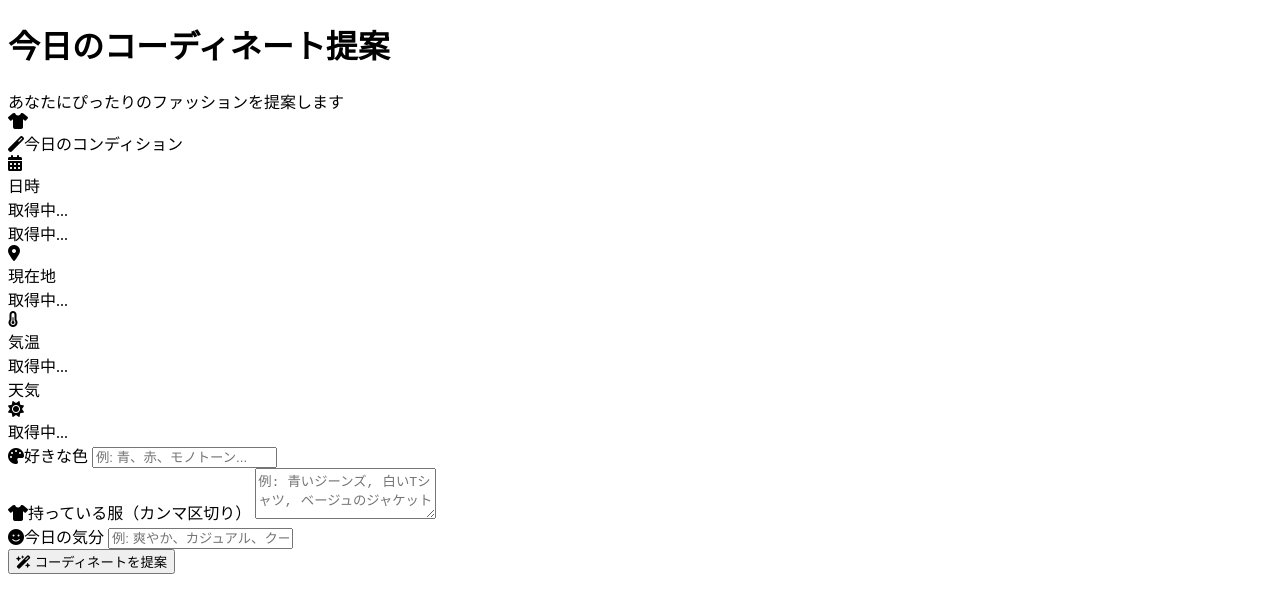
Repository: sgupge2332/cloth
Page: templates/input.html
An editor plug-in stored every save of this project. The page is shown before and after the next save, followed by the edit.
The browser window is 1280 px wide. The pictures show the whole page.

Above is the page before, as saved 2025-04-21 01:02:14.

### templates/input.html
<!DOCTYPE html>
<html lang="ja">
<head>
  <meta charset="UTF-8">
  <title>今日のコーディネート提案</title>
  <link href="https://fonts.googleapis.com/css2?family=Noto+Sans+JP:wght@400;500;700&display=swap" rel="stylesheet">
  <link rel="stylesheet" href="https://cdnjs.cloudflare.com/ajax/libs/font-awesome/6.5.0/css/all.min.css">
  <style>
    /* 必要なCSSスタイルは省略（既存のスタイルをそのまま使用） */
  </style>
  <script>
    async function fetchWeather() {
      if (navigator.geolocation) {
        navigator.geolocation.getCurrentPosition(async (position) => {
          const lat = position.coords.latitude;
          const lon = position.coords.longitude;

          try {
            const response = await fetch("/get_weather", {
              method: "POST",
              headers: {
                "Content-Type": "application/json"
              },
              body: JSON.stringify({ lat, lon })
            });

            if (!response.ok) {
              throw new Error("天気情報の取得に失敗しました。");
            }

            const data = await response.json();
            document.getElementById("location-display").textContent = `${data.state} ${data.city}`;
            document.getElementById("temperature-display").textContent = `${data.temp}℃`;
            document.getElementById("weather-display").textContent = data.weather;

            // hidden inputにも値を設定
            document.getElementById("location").value = `${data.state} ${data.city}`;
            document.getElementById("temperature").value = data.temp;
            document.getElementById("weather").value = data.weather;
          } catch (error) {
            console.error("エラー:", error);
            alert("天気情報の取得に失敗しました。");
          }
        }, (error) => {
          console.error("位置情報の取得に失敗しました:", error);
          alert("位置情報の取得に失敗しました。");
        });
      } else {
        alert("このブラウザでは位置情報がサポートされていません。");
      }
    }

    window.onload = fetchWeather;
  </script>
</head>
<body>
  <div class="container">
    <header>
      <h1>今日のコーディネート提案</h1>
      <div class="subtitle">あなたにぴったりのファッションを提案します</div>
      <div class="header-icon">
        <i class="fas fa-tshirt"></i>
      </div>
    </header>

    <form action="/suggest" method="post">
      <div class="auto-input-section">
        <div class="auto-input-title">
          <i class="fas fa-magic"></i>今日のコンディション
        </div>

        <div class="info-grid">
          <div class="auto-input-group">
            <div class="label-container">
              <i class="fas fa-calendar-alt icon"></i>
              <div class="label">日時</div>
            </div>
            <div class="value-container">
              <div class="value" id="date-display">取得中...</div>
              <div class="secondary-value" id="time-display">取得中...</div>
            </div>
          </div>

          <div class="auto-input-group">
            <div class="label-container">
              <i class="fas fa-map-marker-alt icon"></i>
              <div class="label">現在地</div>
            </div>
            <div class="value-container">
              <div class="value" id="location-display">取得中...</div>
            </div>
          </div>

          <div class="auto-input-group">
            <div class="label-container">
              <i class="fas fa-thermometer-half icon"></i>
              <div class="label">気温</div>
            </div>
            <div class="value-container">
              <div class="value" id="temperature-display">取得中...</div>
            </div>
          </div>

          <div class="auto-input-group weather-panel">
            <div class="label-container">
              <div class="label">天気</div>
            </div>
            <div class="value-container">
              <div class="weather-icon sunny" id="weather-icon">
                <i class="fas fa-sun"></i>
              </div>
              <div class="value" id="weather-display">取得中...</div>
            </div>
          </div>
        </div>

        <input type="hidden" id="datetime" name="datetime">
        <input type="hidden" id="location" name="location">
        <input type="hidden" id="temperature" name="temperature">
        <input type="hidden" id="weather" name="weather">
      </div>

      <div class="form-group">
        <label for="favorite_color"><i class="fas fa-palette icon"></i>好きな色</label>
        <input type="text" id="favorite_color" name="favorite_color" placeholder="例: 青、赤、モノトーン...">
      </div>

      <div class="form-group">
        <label for="owned_clothes"><i class="fas fa-shirt icon"></i>持っている服（カンマ区切り）</label>
        <textarea id="owned_clothes" name="owned_clothes" rows="3" placeholder="例: 青いジーンズ, 白いTシャツ, ベージュのジャケット"></textarea>
      </div>

      <div class="form-group">
        <label for="mood"><i class="fas fa-smile icon"></i>今日の気分</label>
        <input type="text" id="mood" name="mood" placeholder="例: 爽やか、カジュアル、クール...">
      </div>

      <button type="submit">
        <i class="fas fa-wand-magic-sparkles"></i>
        コーディネートを提案
      </button>
    </form>
  </div>
</body>
</html>

After the next save:
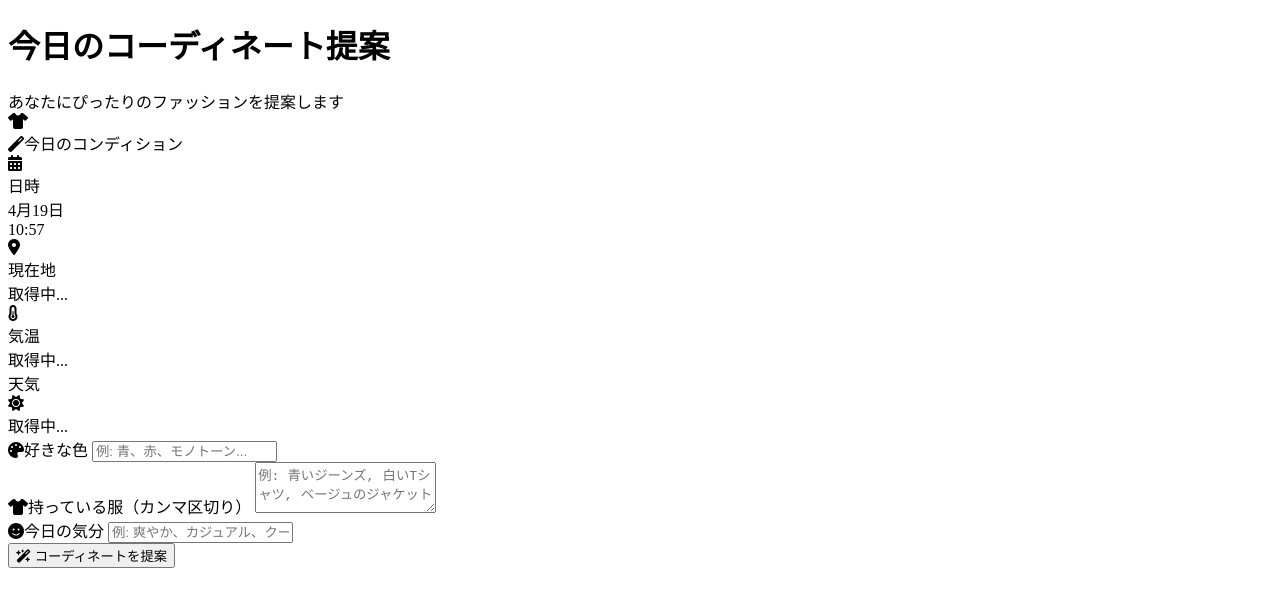
Saved 80 min 2 s later.
--- a/templates/input.html
+++ b/templates/input.html
@@ -6,52 +6,8 @@
   <link href="https://fonts.googleapis.com/css2?family=Noto+Sans+JP:wght@400;500;700&display=swap" rel="stylesheet">
   <link rel="stylesheet" href="https://cdnjs.cloudflare.com/ajax/libs/font-awesome/6.5.0/css/all.min.css">
   <style>
-    /* 必要なCSSスタイルは省略（既存のスタイルをそのまま使用） */
+    /* ---（CSSはcollabo copy.pyのままなので省略可能）--- */
   </style>
-  <script>
-    async function fetchWeather() {
-      if (navigator.geolocation) {
-        navigator.geolocation.getCurrentPosition(async (position) => {
-          const lat = position.coords.latitude;
-          const lon = position.coords.longitude;
-
-          try {
-            const response = await fetch("/get_weather", {
-              method: "POST",
-              headers: {
-                "Content-Type": "application/json"
-              },
-              body: JSON.stringify({ lat, lon })
-            });
-
-            if (!response.ok) {
-              throw new Error("天気情報の取得に失敗しました。");
-            }
-
-            const data = await response.json();
-            document.getElementById("location-display").textContent = `${data.state} ${data.city}`;
-            document.getElementById("temperature-display").textContent = `${data.temp}℃`;
-            document.getElementById("weather-display").textContent = data.weather;
-
-            // hidden inputにも値を設定
-            document.getElementById("location").value = `${data.state} ${data.city}`;
-            document.getElementById("temperature").value = data.temp;
-            document.getElementById("weather").value = data.weather;
-          } catch (error) {
-            console.error("エラー:", error);
-            alert("天気情報の取得に失敗しました。");
-          }
-        }, (error) => {
-          console.error("位置情報の取得に失敗しました:", error);
-          alert("位置情報の取得に失敗しました。");
-        });
-      } else {
-        alert("このブラウザでは位置情報がサポートされていません。");
-      }
-    }
-
-    window.onload = fetchWeather;
-  </script>
 </head>
 <body>
   <div class="container">
@@ -141,5 +97,82 @@
       </button>
     </form>
   </div>
+
+  <script>
+    window.addEventListener('DOMContentLoaded', () => {
+      // 日付と時間設定
+      const now = new Date();
+      const options = { month: 'long', day: 'numeric' };
+      const dateStr = now.toLocaleDateString('ja-JP', options);
+      const timeStr = now.toLocaleTimeString('ja-JP', { hour: '2-digit', minute: '2-digit' });
+
+      document.getElementById('date-display').textContent = dateStr;
+      document.getElementById('time-display').textContent = timeStr;
+
+      now.setMinutes(now.getMinutes() - now.getTimezoneOffset());
+      document.getElementById('datetime').value = now.toISOString().slice(0, 16);
+
+      // 天気・位置情報取得
+      if (navigator.geolocation) {
+        navigator.geolocation.getCurrentPosition(async (position) => {
+          const lat = position.coords.latitude;
+          const lng = position.coords.longitude;
+
+          try {
+            const res = await fetch("/location", {
+              method: "POST",
+              headers: { "Content-Type": "application/json" },
+              body: JSON.stringify({ lat, lng })
+            });
+
+            const data = await res.json();
+
+            if (!data.success) throw new Error("取得失敗");
+
+            document.getElementById("location-display").textContent = `${data.state} ${data.city}`;
+            document.getElementById("location").value = `${data.state} ${data.city}`;
+
+            document.getElementById("temperature-display").innerHTML = `${data.temp}<span class="unit">℃</span>`;
+            document.getElementById("temperature").value = data.temp;
+
+            const weatherMap = {
+              "晴": { label: "晴れ", icon: "fa-sun", class: "sunny" },
+              "曇": { label: "曇り", icon: "fa-cloud", class: "cloudy" },
+              "雨": { label: "雨", icon: "fa-cloud-rain", class: "rainy" },
+              "雪": { label: "雪", icon: "fa-snowflake", class: "snowy" }
+            };
+
+            let matched = weatherMap["晴"];
+            for (const key in weatherMap) {
+              if (data.weather.includes(key)) {
+                matched = weatherMap[key];
+                break;
+              }
+            }
+
+            document.getElementById("weather-display").textContent = matched.label;
+            document.getElementById("weather").value = matched.label;
+
+            const weatherIcon = document.getElementById("weather-icon");
+            weatherIcon.className = `weather-icon ${matched.class}`;
+            weatherIcon.innerHTML = `<i class="fas ${matched.icon}"></i>`;
+
+          } catch (e) {
+            console.error("位置または天気取得失敗", e);
+            document.getElementById("location-display").textContent = "東京都";
+            document.getElementById("location").value = "東京都";
+            document.getElementById("temperature-display").innerHTML = "22<span class='unit'>℃</span>";
+            document.getElementById("temperature").value = "22";
+            document.getElementById("weather-display").textContent = "晴れ";
+            document.getElementById("weather").value = "晴れ";
+          }
+        }, () => {
+          alert("位置情報の取得に失敗しました。");
+        });
+      } else {
+        alert("このブラウザでは位置情報がサポートされていません。");
+      }
+    });
+  </script>
 </body>
 </html>
